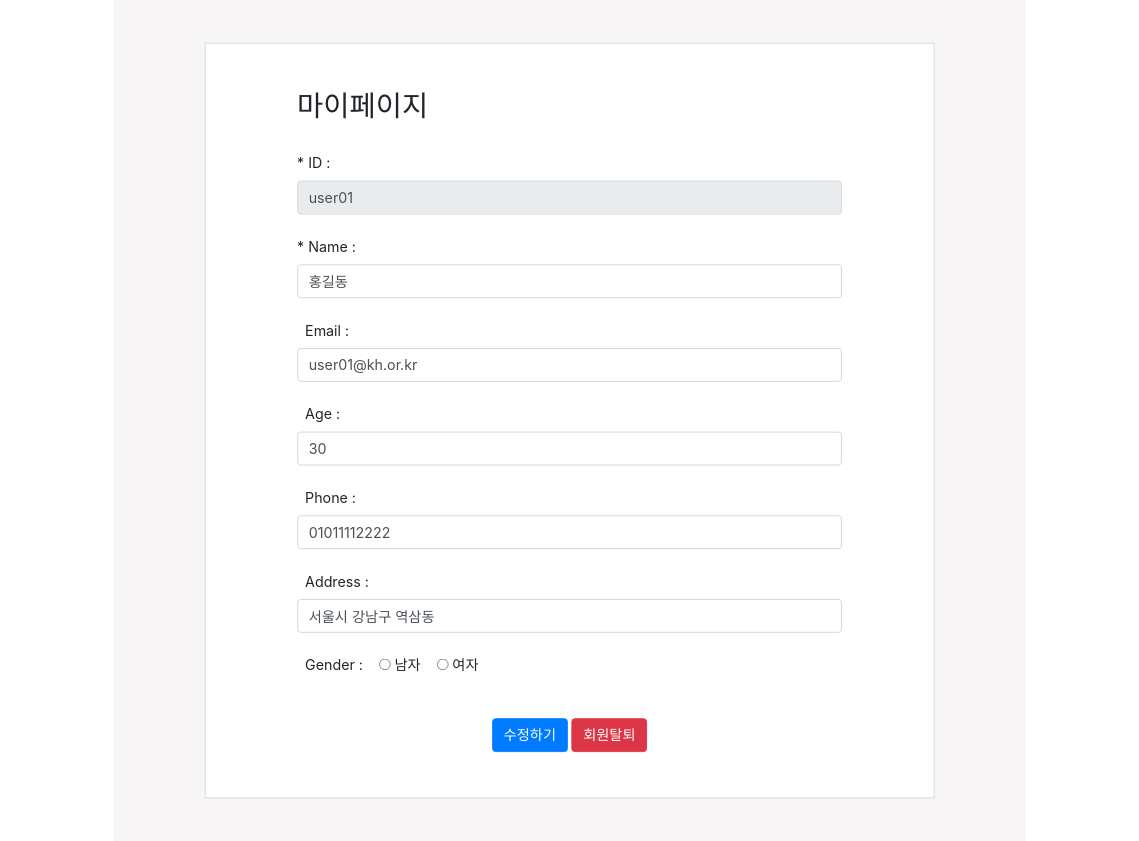
Repository: dongja86/spring
Page: http://localhost/springProject/WEB-INF/views/member/myPage.jsp
These files come from the project's save history. The page is drawn as it stood at one moment and after the next save; the edit follows.
The browser window is 1280 px wide. The pictures show the whole page, at 89% of full size.
The page is served by Tomcat 9. Nobody is signed in. Other server files are loaded and not shown. The template is opened directly, without the code that normally fills it, so the values that code supplies are empty.

Above is the page before, as saved 2024-04-17 08:13:50.

### springProject/src/main/webapp/WEB-INF/views/member/myPage.jsp
<%@ page language="java" contentType="text/html; charset=UTF-8"
    pageEncoding="UTF-8"%>
<!DOCTYPE html>
<html lang="en">
<head>
    <meta charset="UTF-8">
    <title>Document</title>
    <script src="https://ajax.googleapis.com/ajax/libs/jquery/3.7.1/jquery.min.js"></script>
    <link rel="stylesheet" href="https://maxcdn.bootstrapcdn.com/bootstrap/4.5.2/css/bootstrap.min.css">
    <script src="https://maxcdn.bootstrapcdn.com/bootstrap/4.5.2/js/bootstrap.min.js"></script>

    <style>
        .content {
            background-color:rgb(247, 245, 245);
            width:80%;
            margin:auto;
        }
        .innerOuter {
            border:1px solid lightgray;
            width:80%;
            margin:auto;
            padding:5% 10%;
            background-color:white;
        }
    </style>
</head>
<body>

    <jsp:include page="" />

    <div class="content">
        <br><br>
        <div class="innerOuter">
            <h2>마이페이지</h2>
            <br>

            <form action="" method="post">
                <div class="form-group">
                    <label for="userId">* ID : </label>
                    <input type="text" class="form-control" id="userId" value="user01" name="" readonly> <br>

                    <label for="userName">* Name : </label>
                    <input type="text" class="form-control" id="userName" value="홍길동" name="" required> <br>

                    <label for="email"> &nbsp; Email : </label>
                    <input type="text" class="form-control" id="email" value="user01@kh.or.kr" name=""> <br>

                    <label for="age"> &nbsp; Age : </label>
                    <input type="number" class="form-control" id="age" value="30" name=""> <br>

                    <label for="phone"> &nbsp; Phone : </label>
                    <input type="tel" class="form-control" id="phone" value="01011112222" name=""> <br>

                    <label for="address"> &nbsp; Address : </label>
                    <input type="text" class="form-control" id="address" value="서울시 강남구 역삼동" name=""> <br>

                    <label for=""> &nbsp; Gender : </label> &nbsp;&nbsp;
                    <input type="radio" id="Male" value="M" name="">
                    <label for="Male">남자</label> &nbsp;&nbsp;
                    <input type="radio" id="Female" value="F" name="">
                    <label for="Female">여자</label> &nbsp;&nbsp;
                </div>
                <br>
                <div class="btns" align="center">
                    <button type="submit" class="btn btn-primary">수정하기</button>
                    <button type="button" class="btn btn-danger" data-toggle="modal" data-target="#deleteForm">회원탈퇴</button>
                </div>
            </form>
        </div>
        <br><br>

    </div>

    <!-- 회원탈퇴 버튼 클릭 시 보여질 Modal -->
    <div class="modal fade" id="deleteForm">
        <div class="modal-dialog modal-sm">
            <div class="modal-content">

                <!-- Modal Header -->
                <div class="modal-header">
                    <h4 class="modal-title">회원탈퇴</h4>
                    <button type="button" class="close" data-dismiss="modal">&times;</button>
                </div>

                <form action="" method="post">
                    <!-- Modal body -->
                    <div class="modal-body">
                        <div align="center">
                            탈퇴 후 복구가 불가능합니다. <br>
                            정말로 탈퇴 하시겠습니까? <br>
                        </div>
                        <br>
                            <label for="userPwd" class="mr-sm-2">Password : </label>
                            <input type="text" class="form-control mb-2 mr-sm-2" placeholder="Enter Password" id="userPwd" name=""> <br>
                    </div>
                    <!-- Modal footer -->
                    <div class="modal-footer" align="center">
                        <button type="submit" class="btn btn-danger">탈퇴하기</button>
                    </div>
                </form>
            </div>
        </div>
    </div>

    <jsp:include page="../" />

</body>
</html>

### springProject/src/main/webapp/WEB-INF/views/common/footer.jsp
<%@ page language="java" contentType="text/html; charset=UTF-8"
    pageEncoding="UTF-8"%>
<!DOCTYPE html>
<html>
<head>
<meta charset="UTF-8">
    <title>Document</title>
    <style>
        /* div{border:1px solid red;} */
        #footer {
            width:80%;
            height:200px;
            margin:auto;
            margin-top:50px;
        }
        #footer-1 {
            width:100%;
            height:20%;
            border-top:1px solid lightgray;
            border-bottom:1px solid lightgray;
        }
        #footer-2 {width:100%; height:80%;}
        #footer-1, #footer-2 {padding-left:50px;}
        #footer-1>a {
            text-decoration:none;
            font-weight:600;
            margin:10px;
            line-height:40px;
            color:black;
        }
        #footer-2>p {
            margin:0;
            padding:10px;
            font-size:13px;
        }
        #p2 {text-align:center;}
    </style>
</head>
<body>
    <div id="footer">
        <div id="footer-1">
            <a href="#">이용약관</a> |
            <a href="#">개인정보취급방침</a> |
            <a href="#">인재채용</a> |
            <a href="#">고객센터</a>
        </div>

        <div id="footer-2">
            <p id="p1">
                강남지원 1관 : 서울특별시 강남구 테헤란로14길 6 남도빌딩 2F, 3F, 4F, 5F, 6F <br>
                강남지원 2관 : 서울특별시 강남구 테헤란로10길 9 그랑프리 빌딩 4F, 5F, 7F <br>
                강남지원 3관 : 서울특별시 강남구 테헤란로 130 호산빌딩 5F, 6F <br>
                종로지원 : 서울특별시 중구 남대문로 120 대일빌딩 2F, 3F <br>
                당산지원 : 서울특별시 영등포구 선유동2로 57 이레빌딩 (구관) 19F, 20F
            </p>
            <p id="p2">Copyright © 1998-2024 승철 Educational Institute All Right Reserved</p>
        </div>
    </div>
</body>
</html>

After the next save:
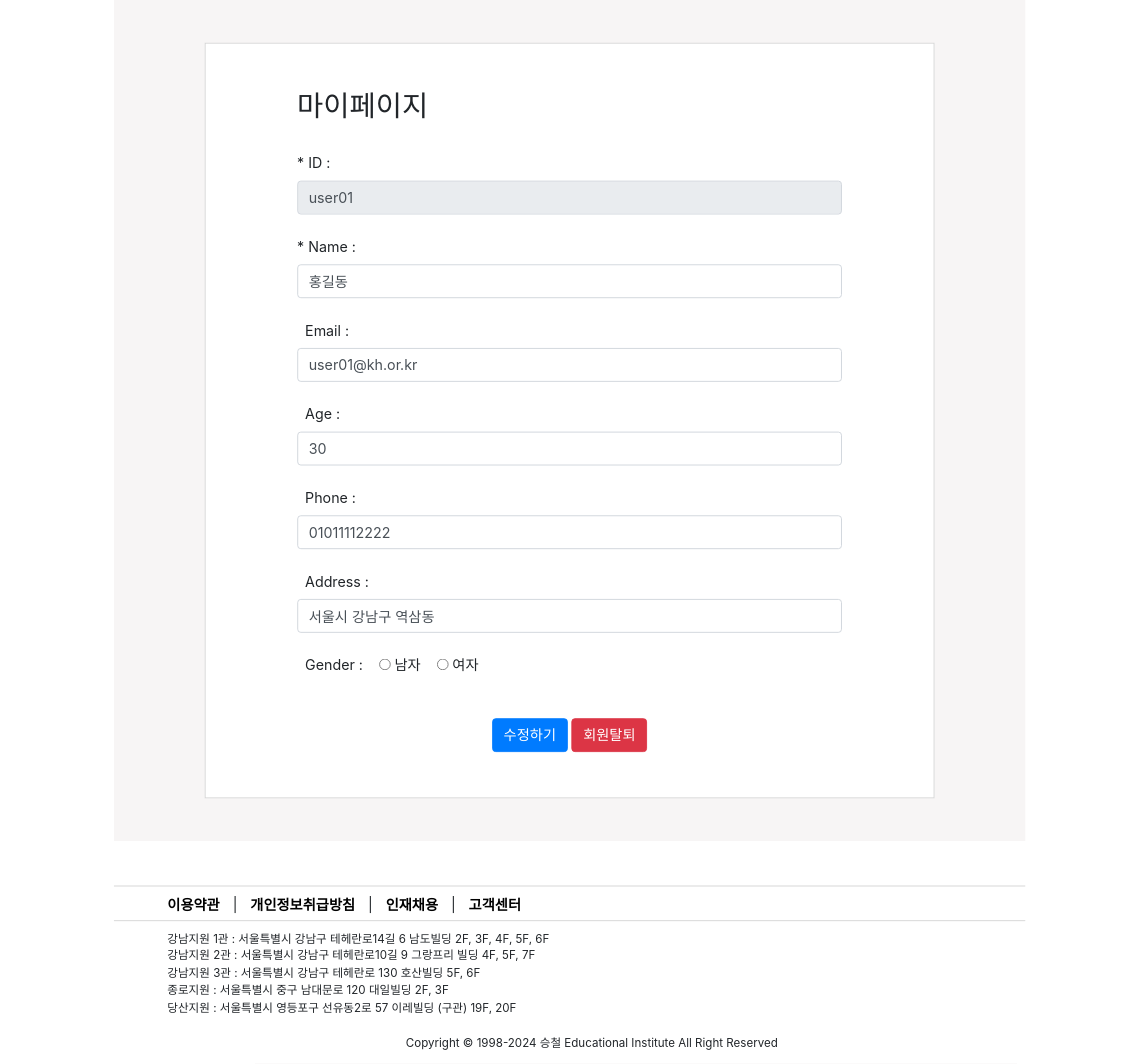
Saved 8 s later.
--- a/springProject/src/main/webapp/WEB-INF/views/member/myPage.jsp
+++ b/springProject/src/main/webapp/WEB-INF/views/member/myPage.jsp
@@ -102,7 +102,7 @@
         </div>
     </div>
 
-    <jsp:include page="../" />
+    <jsp:include page="../common/footer.jsp" />
 
 </body>
 </html>
